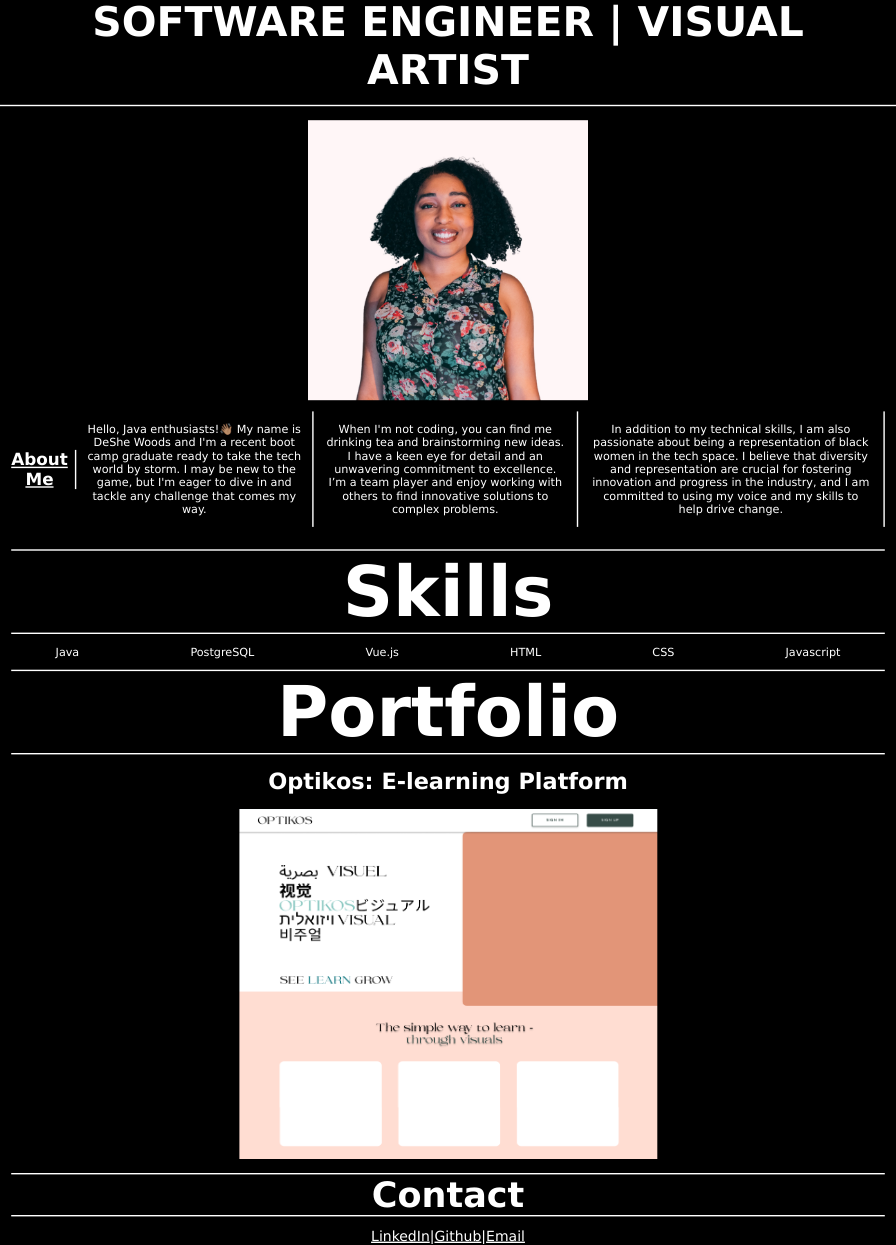
Repository: woodsdeshe/portfolio
Page: index.html
These files come from the project's save history. The page is drawn as it stood at one moment and after the next save; the edit follows.
The browser window is 1280 px wide. The pictures show the part of the page from y = 664 to 2518 px (the page is 2442 px tall before and 2518 px after), at 70% of full size.
A picture or video elsewhere on the page could not be fetched, so the positions and the page height are approximate. Some web fonts or font styles are not loaded; a fallback is used.

Above is the page before, as saved 2023-06-11 12:39:40.

### index.html
<!DOCTYPE html>
<html lang="en">

<head>
    <meta charset="UTF-8">
    <meta http-equiv="X-UA-Compatible" content="IE=edge">
    <meta name="viewport" content="width=device-width, initial-scale=1.0">
    <title>DeShe Woods | Software Engineer</title>
    <link rel="stylesheet" href="style.css">
</head>

<body>
    <div class="container">
        <video autoplay muted loop>
            <source src="background-4422.mp4" type="video/mp4">
        </video>
        <div class="header">
            <h1>DESHE WOODS</h1>
        </div>
    </div>
    <div class="subheader">
        <h3>SOFTWARE ENGINEER | VISUAL ARTIST</h3>
    </div>
    <div class="headshot">
        <img src="Headshot.jpg" alt="Picture of DeShe Woods">
    </div>
    <div class="about-me">
        <h2>About Me</h2>
        <p>Hello, Java enthusiasts!👋🏽 My name is DeShe Woods and I'm a recent boot camp graduate ready to take the tech world by storm. I may be new to the game, but I'm eager to dive in and tackle any challenge that comes my way.</p>
        <p>When I'm not coding, you can find me drinking tea and brainstorming new ideas. I have a keen eye for detail and an unwavering commitment to excellence. I’m a team player and enjoy working with others to find innovative solutions to complex problems.</p>
        <p>In addition to my technical skills, I am also passionate about being a representation of black women in the tech space. I believe that diversity and representation are crucial for fostering innovation and progress in the industry, and I am committed to using my voice and my skills to help drive change.</p>
    </div>

    <div class="skills-header">
        <h1>Skills</h1>
    </div>
    <div class="skills-content">
        <p class="java">Java</p>
        <p class="postgresql">PostgreSQL</p>
        <p class="Vue-js">Vue.js</p>
        <p class="html">HTML</p>
        <p class="css">CSS</p>
        <p class="javascript">Javascript</p>
    </div>
    <div class="portfolio-header">
        <h1>Portfolio</h1>
    </div>
    <div class="optikos">
        <h1>Optikos: E-learning Platform</h1>
        <img src="Screenshot (6).png" alt="Screenshot of Optikos home page">
    </div>
    <div class="contact">
        <h2>Contact</h2>
    </div>
   <footer>
    <a href="#">LinkedIn</a> |
    <a href="#">Github</a> |
    <a href="#">Email</a>
   </footer>
</body>

</html>

### style.css
@import url('https://fonts.googleapis.com/css2?family=Climate+Crisis&display=swap');

* {
    margin: 0;
    padding: 0;
    box-sizing: border-box;
}

body:not(.container) {
    background-color: #000;
    font-family: Verdana, Geneva, Tahoma, sans-serif;
    color: white;
}

.container {
    width: 100%;
    height: 100%;
    position: relative;
}

.container video {
    height: 100%;
    width: 100%;
}

.header h1{
    font-family:'Climate Crisis', cursive, Verdana;
    font-size: 200px;
    font-weight: 900;
    text-align: center;
    color: white;
    position: absolute;
    top: 0;
    left:0;
    background: #000;
    height: 100%;
    width: 100%;
    display:flex;
    align-items: center;
    justify-content: center;
    flex-wrap: wrap;
    mix-blend-mode: multiply;
}

.subheader {
    border-top: 2px solid white;
    border-bottom: 2px solid white;
    padding: 1rem;
    text-align: center;
    font-size: 50px;
}

.headshot img {
    height:400px;
    width: 400px;
    align-content: center;
    display:block;
    margin-left: auto;
    margin-right: auto;
    margin-top: 20px;
}

.about-me {
    padding: 1rem;
    text-align: center;
    display: flex;
    align-items: center;
}

.about-me h2 {
    text-decoration: underline;
    border-right: 2px solid white;
    padding-right: 10px;
}

.about-me p {
    border-right: 2px solid white;
    padding: 1rem;
}

.portfolio-header, .skills-header, .contact h2 {
    font-size: 50px;
    text-align: center;
    border-top: 2px solid white;
    border-bottom: 2px solid white;
    margin: 1rem
}

.skills-content {
    display: flex;
    flex-direction: row;
    justify-content: space-around;
}

.portfolio {
    display: flex;
    flex-direction: column;
}

.optikos img {
   width: 597px;
   height: 500px;
   display: block;
   margin-left: auto;
    margin-right: auto;
    margin-bottom: 20px;
}


.optikos h1 {
    text-align: center;
    margin: 20px;
}

.optikos p {
    grid-area: "optikos-content";
}

.contact h2{
    font-size: 50px
}

footer {
    display: flex;
    justify-content: center;
    font-size: 20px;
}

footer a {

        box-shadow: inset 0 0 0 0 #54b3d6;
        color: white;
        margin: 0 -.25rem;
        padding: 0 .25rem;
        transition: color .3s ease-in-out, box-shadow .3s ease-in-out;
}
    footer a:hover {
        box-shadow: inset 100px 0 0 0 #54b3d6;
        color: white;
      }

After the next save:
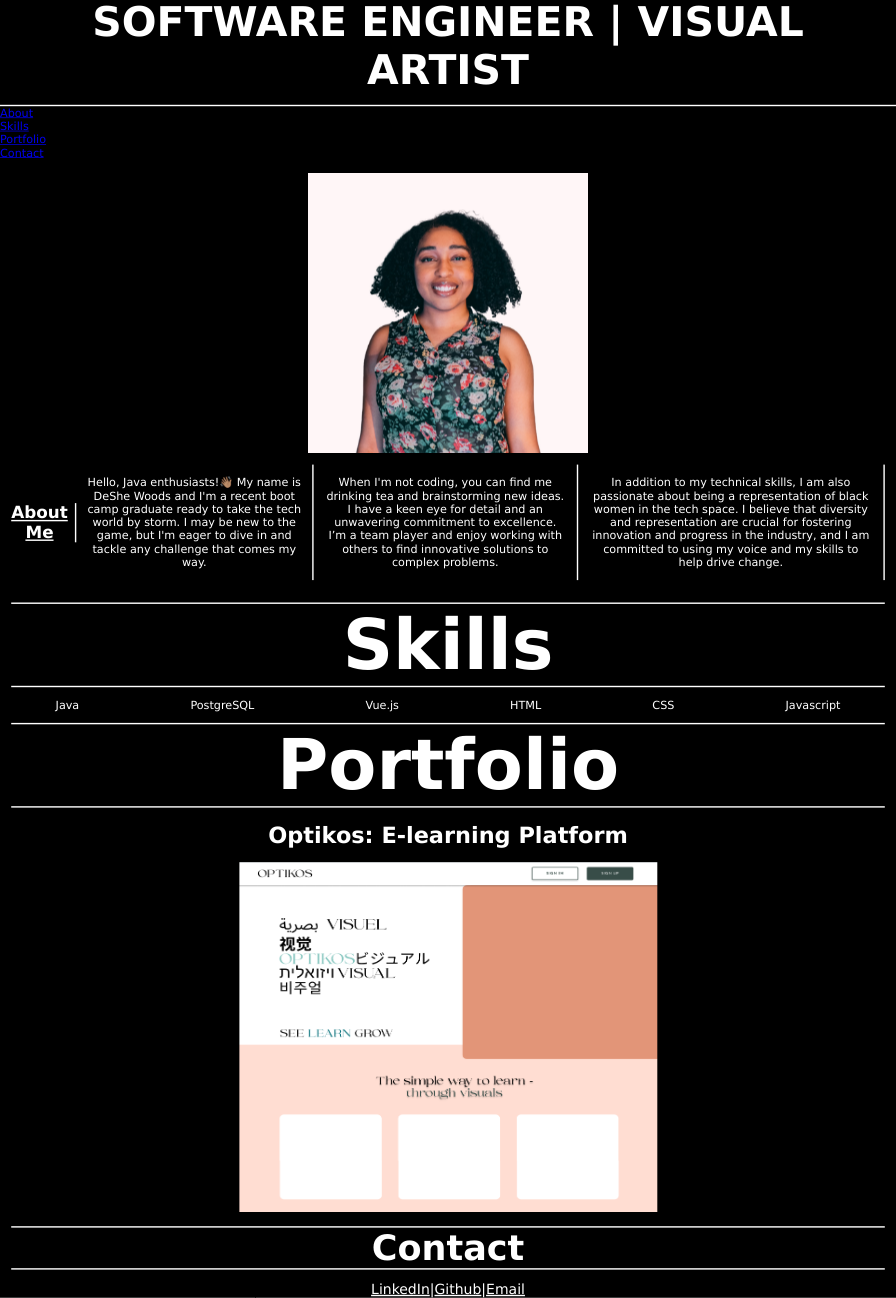
Saved 43 s later.
--- a/index.html
+++ b/index.html
@@ -1,18 +1,17 @@
 <!DOCTYPE html>
 <html lang="en">
-
 <head>
     <meta charset="UTF-8">
     <meta http-equiv="X-UA-Compatible" content="IE=edge">
     <meta name="viewport" content="width=device-width, initial-scale=1.0">
     <title>DeShe Woods | Software Engineer</title>
     <link rel="stylesheet" href="style.css">
+    <link rel="stylesheet" href="https://cdnjs.cloudflare.com/ajax/libs/aos/2.3.4/aos.css" />
 </head>
-
 <body>
     <div class="container">
         <video autoplay muted loop>
-            <source src="background-4422.mp4" type="video/mp4">
+            <source src="pexels-crazy-motions-11738195-1920x1080-24fps.mp4" type="video/mp4">
         </video>
         <div class="header">
             <h1>DESHE WOODS</h1>
@@ -21,20 +20,28 @@
     <div class="subheader">
         <h3>SOFTWARE ENGINEER | VISUAL ARTIST</h3>
     </div>
-    <div class="headshot">
+    <nav class="navbar">
+        <ul>
+            <li><a href="#about">About</a></li>
+            <li><a href="#skills">Skills</a></li>
+            <li><a href="#portfolio">Portfolio</a></li>
+            <li><a href="#contact">Contact</a></li>
+        </ul>
+    </nav>
+    <div class="headshot" data-aos="fade-up">
         <img src="Headshot.jpg" alt="Picture of DeShe Woods">
     </div>
-    <div class="about-me">
-        <h2>About Me</h2>
+    <div class="about-me" data-aos="fade-up">
+        <h2 id="about">About Me</h2>
         <p>Hello, Java enthusiasts!👋🏽 My name is DeShe Woods and I'm a recent boot camp graduate ready to take the tech world by storm. I may be new to the game, but I'm eager to dive in and tackle any challenge that comes my way.</p>
         <p>When I'm not coding, you can find me drinking tea and brainstorming new ideas. I have a keen eye for detail and an unwavering commitment to excellence. I’m a team player and enjoy working with others to find innovative solutions to complex problems.</p>
         <p>In addition to my technical skills, I am also passionate about being a representation of black women in the tech space. I believe that diversity and representation are crucial for fostering innovation and progress in the industry, and I am committed to using my voice and my skills to help drive change.</p>
     </div>
 
     <div class="skills-header">
-        <h1>Skills</h1>
+        <h1 id="skills">Skills</h1>
     </div>
-    <div class="skills-content">
+    <div class="skills-content" data-aos="fade-up">
         <p class="java">Java</p>
         <p class="postgresql">PostgreSQL</p>
         <p class="Vue-js">Vue.js</p>
@@ -43,13 +50,13 @@
         <p class="javascript">Javascript</p>
     </div>
     <div class="portfolio-header">
-        <h1>Portfolio</h1>
+        <h1 id="portfolio">Portfolio</h1>
     </div>
-    <div class="optikos">
+    <div class="optikos" data-aos="fade-up">
         <h1>Optikos: E-learning Platform</h1>
         <img src="Screenshot (6).png" alt="Screenshot of Optikos home page">
     </div>
-    <div class="contact">
+    <div class="contact" id="contact">
         <h2>Contact</h2>
     </div>
    <footer>
@@ -57,6 +64,11 @@
     <a href="#">Github</a> |
     <a href="#">Email</a>
    </footer>
+
+   <script src="https://cdnjs.cloudflare.com/ajax/libs/jquery/3.6.0/jquery.min.js"></script>
+   <script src="https://cdnjs.cloudflare.com/ajax/libs/aos/2.3.4/aos.js"></script>
+   <script>
+     AOS.init();
+   </script>
 </body>
-
 </html>
